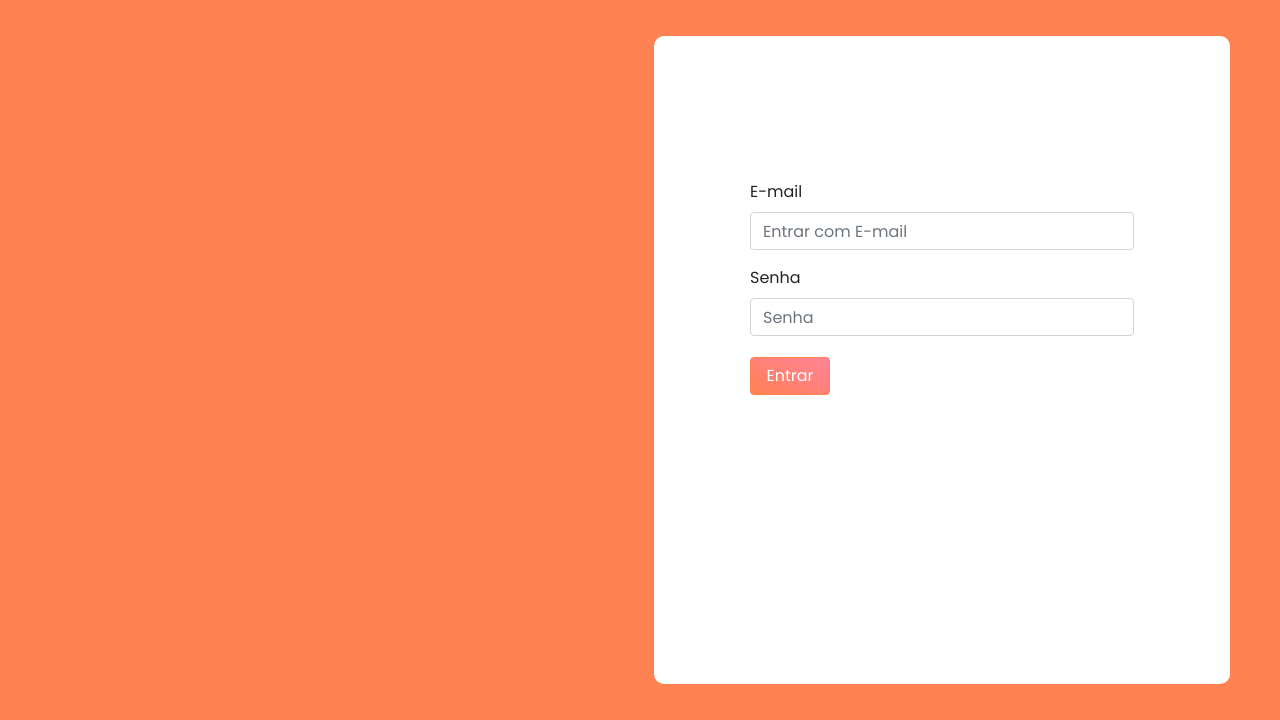
Repository: MilenaMelo/WebSite-PetCheers
Page: /
The author's editor kept a copy of each file at every save. The page is drawn from the files as they stood at one save, then again after the next save.
The browser window is 1280 px wide. The pictures show the whole page.
The project was rebuilt for these pictures with package versions that can differ from the ones it lists, and the page was loaded fresh each time.

Above is the page before, as saved 2020-08-27 00:15:11.
Console error: TypeError: Cannot read properties of null (reading 'style')

After the next save:
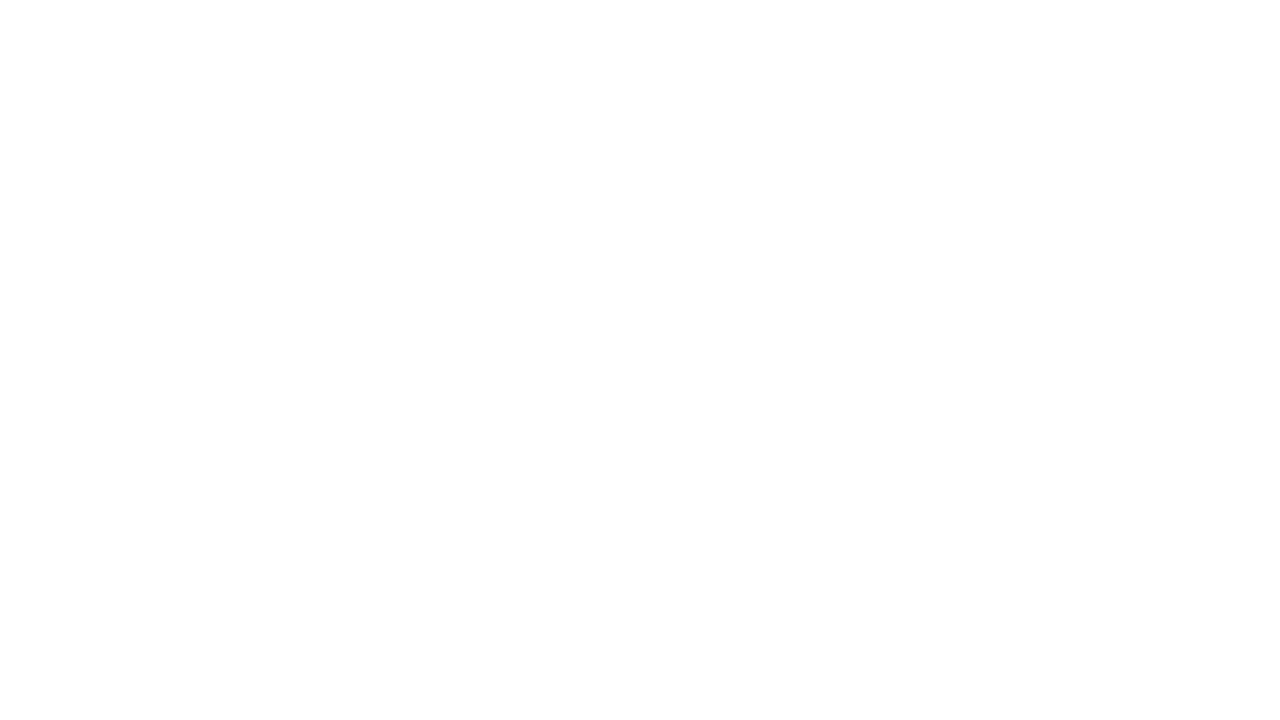
Console error: ReferenceError: __c is not defined
Saved 22 s later.
--- a/src/components/global/BaseSpinner.vue
+++ b/src/components/global/BaseSpinner.vue
@@ -25,30 +25,30 @@
     this.$root.$on('Spinner::hide', () => { this.visible = false })
   }
 }
-// eslint-disable-next-line no-unused-vars
-var id = ['one', 'two', 'three']
-// Defining the action of the base spinner
-for (var x = 0; x < 10; x++) {
-  setInterval(
-    function () {
-      document.getElementById('three').style.backgroundColor = '#FF8352'
-    }, 500)
-  setInterval(
-    function () {
-      document.getElementById('two').style.backgroundColor = '#FF8352'
-    }, 1000)
-  setInterval(
-    function () {
-      document.getElementById('one').style.backgroundColor = '#FF8352'
-    }, 2000)
-  setInterval(
-    function () {
-      document.getElementById('three').style.backgroundColor = '#fff'
-      document.getElementById('two').style.backgroundColor = '#fff'
-      document.getElementById('one').style.backgroundColor = '#fff'
-    }, 4000)
-}
-</script>
+// // eslint-disable-next-line no-unused-vars
+// var id = ['one', 'two', 'three']
+// // Defining the action of the base spinner
+// for (var x = 0; x < 10; x++) {
+//   setInterval(
+//     function () {
+//       document.getElementById('three').style.backgroundColor = '#FF8352'
+//     }, 500)
+//   setInterval(
+//     function () {
+//       document.getElementById('two').style.backgroundColor = '#FF8352'
+//     }, 1000)
+//   setInterval(
+//     function () {
+//       document.getElementById('one').style.backgroundColor = '#FF8352'
+//     }, 2000)
+//   setInterval(
+//     function () {
+//       document.getElementById('three').style.backgroundColor = '#fff'
+//       document.getElementById('two').style.backgroundColor = '#fff'
+//       document.getElementById('one').style.backgroundColor = '#fff'
+//     }, 4000)
+// }
+// </script>
 
 <style lang="scss" scoped>
 @import '../../assets/scss/variables';

After the save that followed:
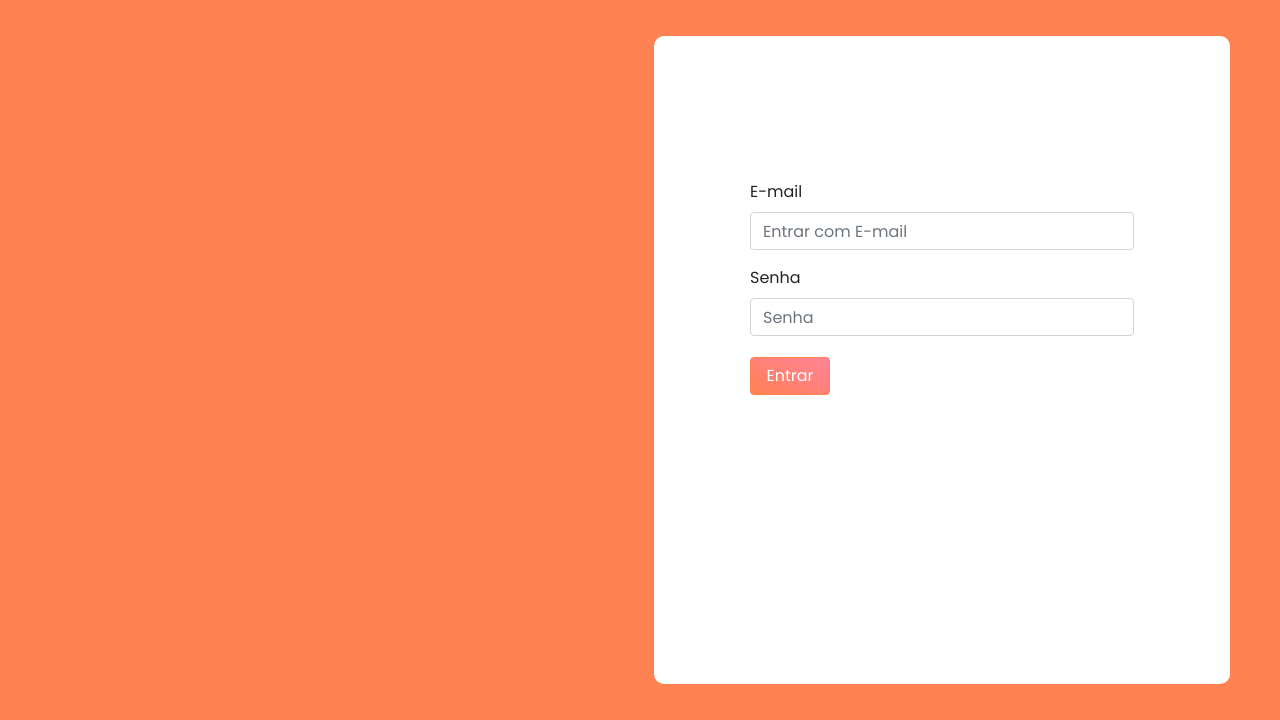
Console error: TypeError: Cannot read properties of null (reading 'style')
Saved 24 s later.
--- a/src/components/global/BaseSpinner.vue
+++ b/src/components/global/BaseSpinner.vue
@@ -25,30 +25,30 @@
     this.$root.$on('Spinner::hide', () => { this.visible = false })
   }
 }
-// // eslint-disable-next-line no-unused-vars
-// var id = ['one', 'two', 'three']
-// // Defining the action of the base spinner
-// for (var x = 0; x < 10; x++) {
-//   setInterval(
-//     function () {
-//       document.getElementById('three').style.backgroundColor = '#FF8352'
-//     }, 500)
-//   setInterval(
-//     function () {
-//       document.getElementById('two').style.backgroundColor = '#FF8352'
-//     }, 1000)
-//   setInterval(
-//     function () {
-//       document.getElementById('one').style.backgroundColor = '#FF8352'
-//     }, 2000)
-//   setInterval(
-//     function () {
-//       document.getElementById('three').style.backgroundColor = '#fff'
-//       document.getElementById('two').style.backgroundColor = '#fff'
-//       document.getElementById('one').style.backgroundColor = '#fff'
-//     }, 4000)
-// }
-// </script>
+// eslint-disable-next-line no-unused-vars
+var id = ['one', 'two', 'three']
+// Defining the action of the base spinner
+for (var x = 0; x < 10; x++) {
+  setInterval(
+    function () {
+      document.getElementById('three').style.backgroundColor = '#FF8352'
+    }, 500)
+  setInterval(
+    function () {
+      document.getElementById('two').style.backgroundColor = '#FF8352'
+    }, 1000)
+  setInterval(
+    function () {
+      document.getElementById('one').style.backgroundColor = '#FF8352'
+    }, 2000)
+  setInterval(
+    function () {
+      document.getElementById('three').style.backgroundColor = '#fff'
+      document.getElementById('two').style.backgroundColor = '#fff'
+      document.getElementById('one').style.backgroundColor = '#fff'
+    }, 4000)
+}
+</script>
 
 <style lang="scss" scoped>
 @import '../../assets/scss/variables';
